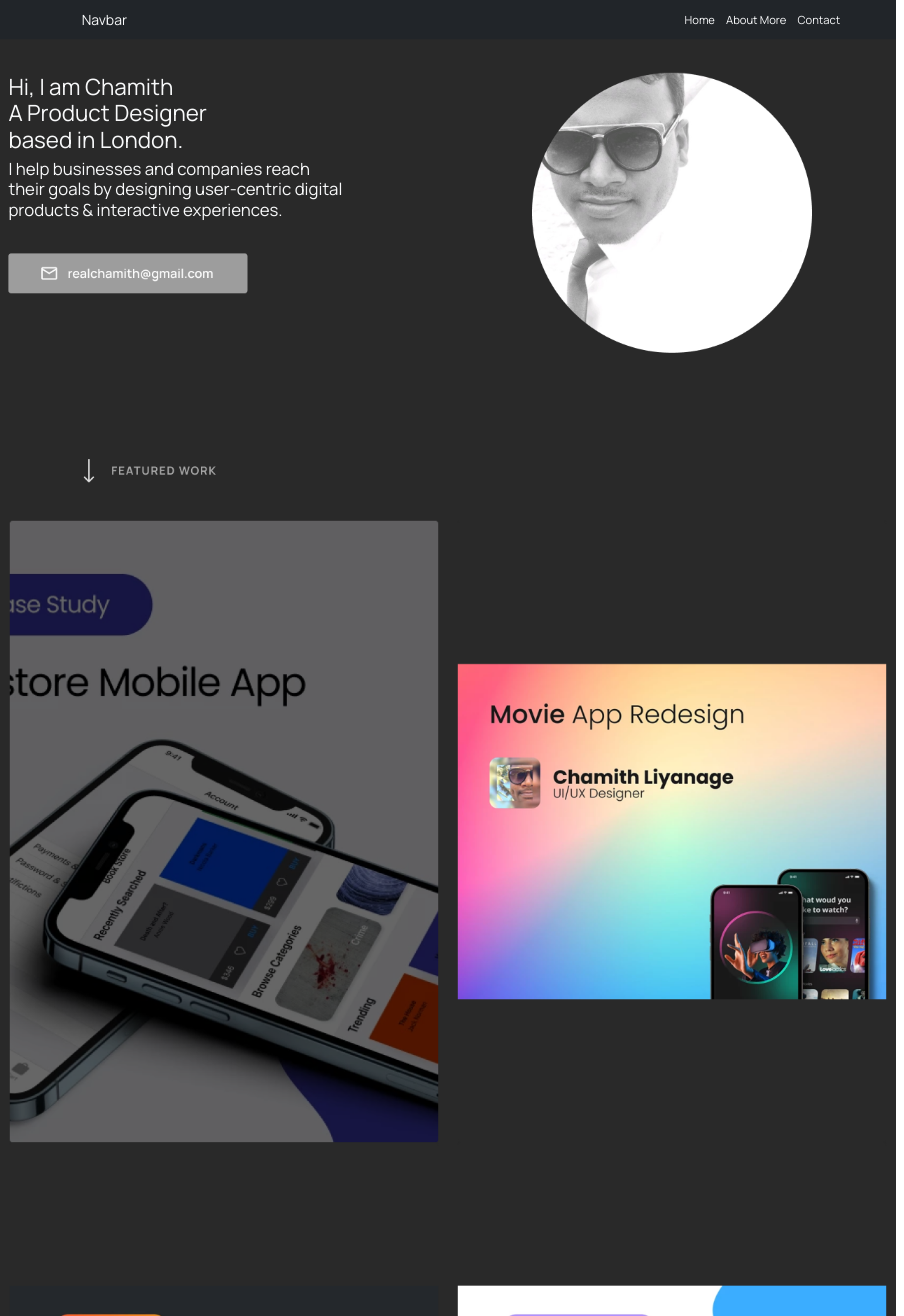
Repository: Realchamithweb/chamith-html
Page: index.html
The author's editor kept a copy of each file at every save. The page is drawn from the files as they stood at one save, then again after a run of saves.
The browser window is 1280 px wide. The page is 1292 px wide, so the pictures cover 1292 px, including what lies to the right of the window. The pictures show the part of the page from y = 0 to 1880 px (the page is 4129 px tall before and 4225 px after), at 70% of full size.

Above is the page before, as saved 2023-01-04 15:56:08.

After the next 4 saves:
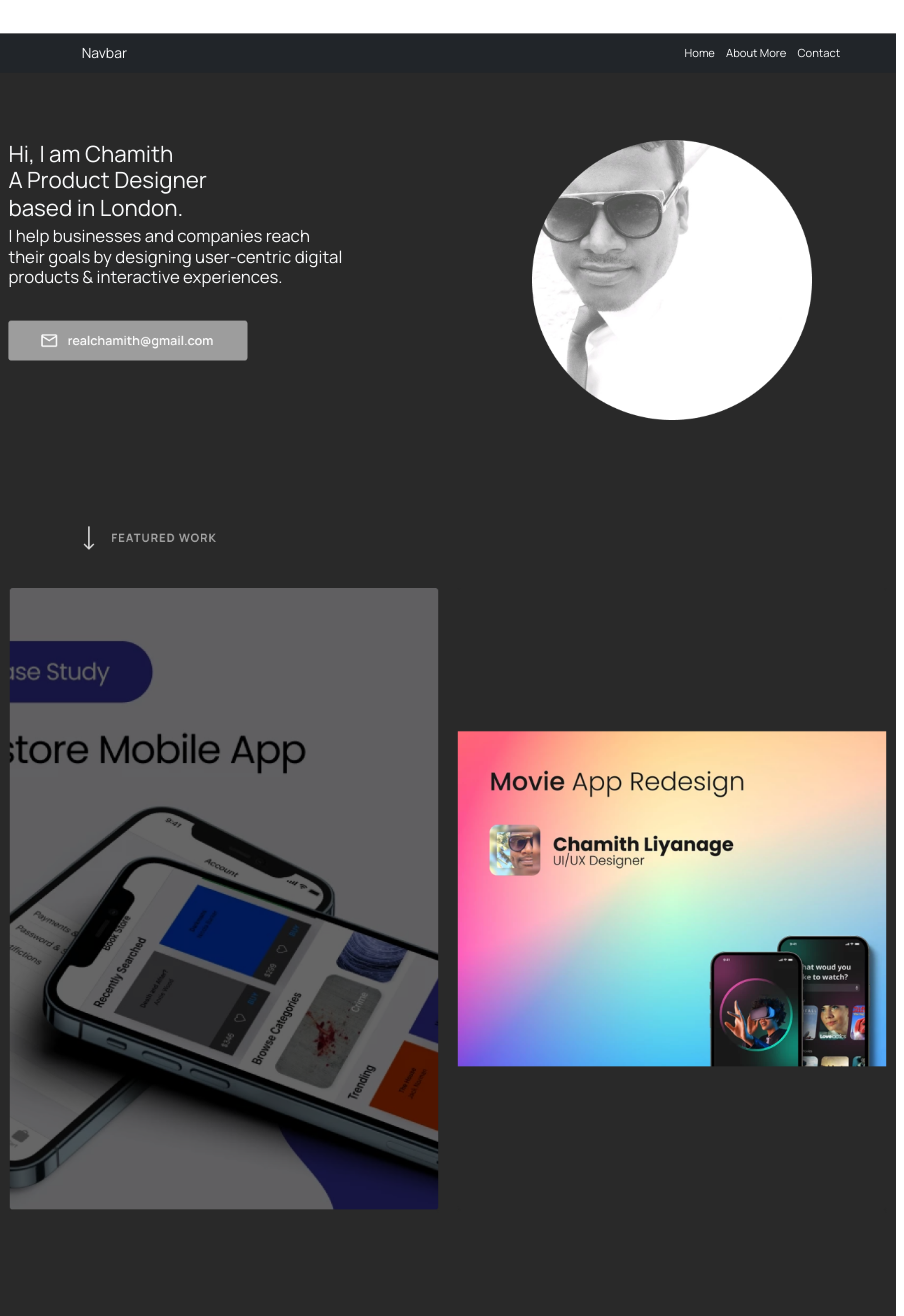
The 4 saves are shown as one change because they came seconds apart.
The last was saved 6 min 18 s later.
--- a/index.html
+++ b/index.html
@@ -12,7 +12,7 @@
   </head>
   <body>
     <div class="main">
-            <div class="head">
+            <div class="head mt-5 mb-5">
                 <nav class="navbar navbar-expand-lg navbar-light bg-dark">
                     <div class="container-fluid">
                         <div class="col-md-1"></div>
